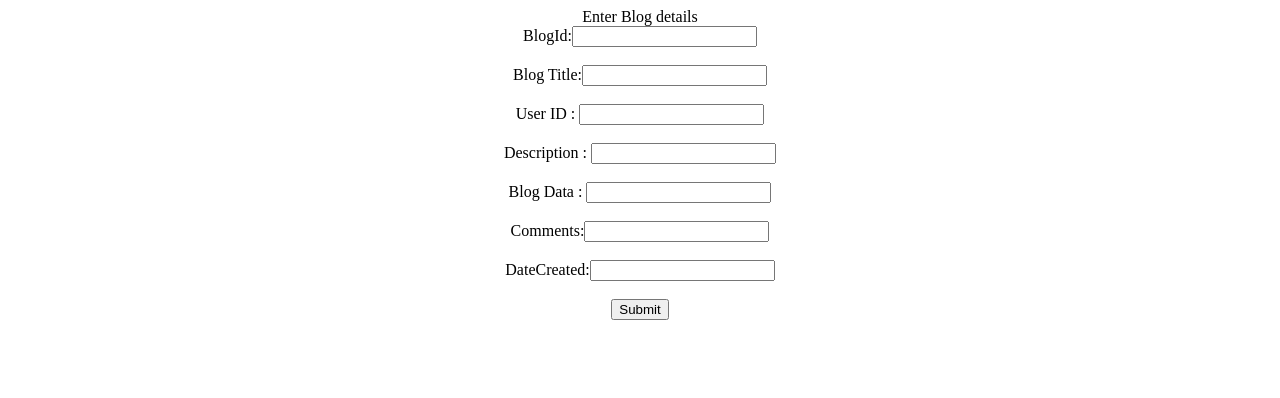
Repository: santosh345/Collabortion
Page: CollaborationFrontEnd/WebContent/c_blog/CreateBlog.html
An editor plug-in stored every save of this project. The page is shown before and after the next save, followed by the edit.
The browser window is 1280 px wide. The pictures show the whole page.

Above is the page before, as saved 2017-05-27 10:07:03.

After the next save:
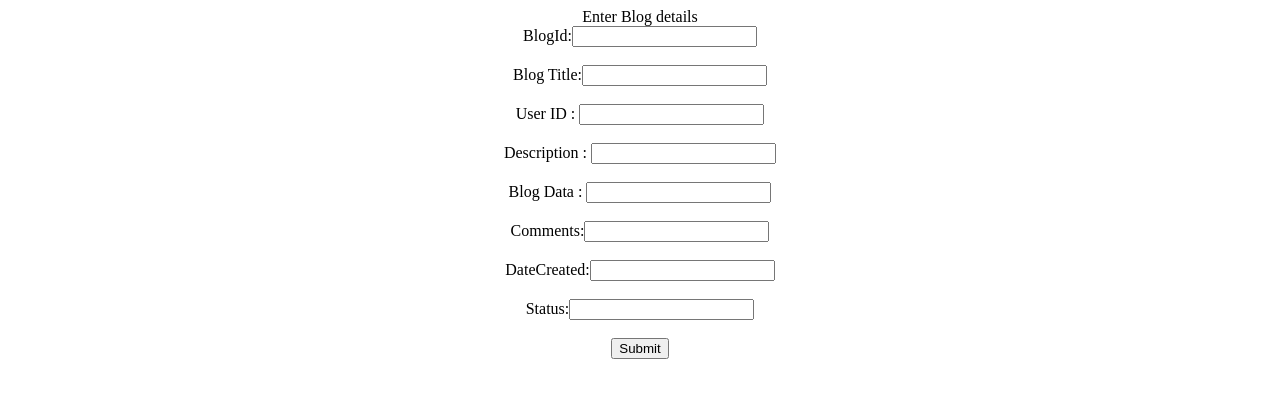
Saved 93 s later.
--- a/CollaborationFrontEnd/WebContent/c_blog/CreateBlog.html
+++ b/CollaborationFrontEnd/WebContent/c_blog/CreateBlog.html
@@ -16,6 +16,7 @@ Comments:<input type="text" ng-model="ctrl.blogcomments"/><br></br>
 
 DateCreated:<input type="text" ng-model="ctrl.blogdatecreated"/><br></br>
 
+Status:<input type="text" ng-model="ctrl.blogstatus"/><br></br>
 
 <button type="button" ng-click="ctrl.Submit()">Submit</button>
 
